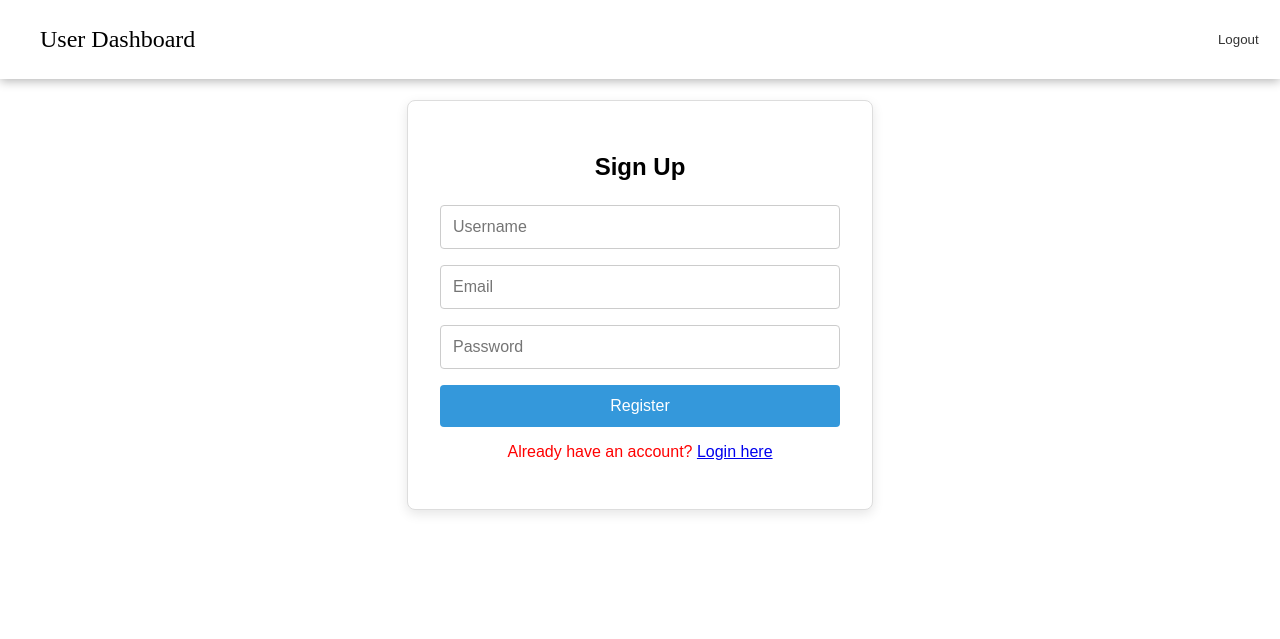
Repository: Edmund-Kiama/todoPHP
Page: / (app in task-manager-frontend/)
The author's editor kept a copy of each file at every save. The page is drawn from the files as they stood at one save, then again after a run of saves.
The browser window is 1280 px wide. The pictures show the whole page.
The project was rebuilt for these pictures with package versions that can differ from the ones it lists, and the page was loaded fresh each time. Also part of the build but not shown: task-manager-frontend/vite.config.js, task-manager-frontend/src/components/Admin/admin.css, task-manager-frontend/src/components/Admin/AdminDashboard.vue, task-manager-frontend/src/components/User/user.css, task-manager-frontend/src/components/User/UserDashboard.vue.

Above is the page before, as saved 2025-07-12 22:44:30.

### task-manager-frontend/src/App.vue
<script setup>
  import Navbar from './components/Navbar/Navbar.vue';
  import { store } from './store';
</script>

<template>
  <Navbar />
  <router-view />
</template>

### task-manager-frontend/src/router/index.js
import { createRouter, createWebHistory } from 'vue-router';
import Login from '../components/Login/Login.vue';
import AdminDashboard from '../components/Admin/AdminDashboard.vue';
import UserDashboard from '../components/User/UserDashboard.vue';
import Signup from '../components/Auth/Signup.vue';

const routes = [
  { path: '/', name: 'Login', component: Login },
  { path: '/', name: 'Login', component: Signup },
  { path: '/admin', name: 'AdminDashboard', component: AdminDashboard },
  { path: '/user', name: 'UserDashboard', component: UserDashboard }
];

const router = createRouter({
  history: createWebHistory(),
  routes
});

export default router;

### task-manager-frontend/src/components/Navbar/Navbar.vue

<template>
  <nav v-if="store.user.loggedIn" class="navbar">
    <ul>
      <li v-if="user.role === 'admin'">Admin Dashboard</li>
      <li v-if="user.role === 'user'">User Dashboard</li>
      <li><button @click="logout">Logout</button></li>
    </ul>
  </nav>
</template>

<script setup>
  import "./nav.css"
  import { store } from '../../store'
  import { useRouter } from 'vue-router'

  const router = useRouter()

  const user = store.user
  if (!user.loggedIn) router.push('/')

  function logout() {
    store.user.role = null
    store.user.loggedIn = false
    localStorage.removeItem('token')
    router.push('/')
  }
</script>

### task-manager-frontend/src/store.js
import { reactive } from 'vue'

export const store = reactive({
  user: {
    role: "user",
    loggedIn: true,
    username: "Nick"
  },
})

### task-manager-frontend/src/components/Auth/Signup.vue
<!-- src/views/Signup.vue -->
<template>
    <div class="login-container">
      <h2>Sign Up</h2>
      <form @submit.prevent="signup">
        <input v-model="name" placeholder="Username" required />
        <input v-model="email" type="email" placeholder="Email" required />
        <input v-model="password" type="password" placeholder="Password" required />
        <button>Register</button>
        <p v-if="error">{{ error }}</p>

        <p class="toggle">
          Already have an account?
          <router-link to="/">Login here</router-link>
        </p>
      </form>
    </div>
  </template>

  <script setup>
  import './login.css';
  import { ref } from 'vue';
  import { useRouter } from 'vue-router';

  const router = useRouter();
  const name = ref('');
  const email = ref('');
  const password = ref('');
  const error = ref('');

  const getStoredUsers = () => {
    const saved = localStorage.getItem('users');
    return saved ? JSON.parse(saved) : [];
  };

  const saveUsers = (users) => {
    localStorage.setItem('users', JSON.stringify(users));
  };

  const signup = () => {
    const users = getStoredUsers();
    const exists = users.find(u => u.email === email.value);

    if (exists) {
      error.value = 'Email already registered';
      return;
    }

    users.push({
      name: name.value,
      email: email.value,
      password: password.value,
      role: 'user'
    });

    saveUsers(users);
    alert('Signup successful!');
    router.push('/');
  };
  </script>

### task-manager-frontend/src/components/Navbar/nav.css
.navbar {
    background-color: white;
    margin: 0;
    padding: 0;
    position: fixed;
    box-shadow: 0 2px 10px rgba(0, 0, 0, 0.3);
    width: 100%;
    top: 0;
    left: 0;
    right: 0;
}
.navbar ul {
    display: flex;
    justify-content: space-between;
    align-items: center;
    gap: 1rem;
    list-style: none;
    font-size: 1.5em;
}
.navbar ul li {
    display: flex;
    align-items: center;
}
.navbar button {
    text-decoration: none;
    background: none;
    border: none;
    padding: 0.5rem;
    border-radius: 5px;
    color: #333;
    transition: all;
    transition-duration: 300ms;
    cursor: pointer;
    margin-right: 1em;
}
.navbar button:hover {
    background-color:  #3498db;
    color: white;
}

### task-manager-frontend/src/components/Login/login.css

.login-container {
    max-width: 400px;
    margin: 100px auto;
    padding: 2rem;
    border: 1px solid #ddd;
    border-radius: 8px;
    background-color: #fff;
    box-shadow: 0 4px 12px rgba(0,0,0,0.1);
    font-family: Arial, sans-serif;
  }

  .login-container h2 {
    text-align: center;
    margin-bottom: 1.5rem;
  }

  .login-container form {
    display: flex;
    flex-direction: column;
  }

  .login-container input {
    padding: 0.75rem;
    margin-bottom: 1rem;
    border: 1px solid #ccc;
    border-radius: 4px;
    font-size: 1rem;
  }

  .login-container button {
    padding: 0.75rem;
    background-color: #3498db;
    color: white;
    font-size: 1rem;
    border: none;
    border-radius: 4px;
    cursor: pointer;
  }

  .login-container button:hover {
    background-color: #2980b9;
  }

  .login-container p {
    color: red;
    text-align: center;
    margin-top: 1rem;
  }

### task-manager-frontend/src/components/Auth/login.css

.login-container {
    max-width: 400px;
    margin: 100px auto;
    padding: 2rem;
    border: 1px solid #ddd;
    border-radius: 8px;
    background-color: #fff;
    box-shadow: 0 4px 12px rgba(0,0,0,0.1);
    font-family: Arial, sans-serif;
  }

  .login-container h2 {
    text-align: center;
    margin-bottom: 1.5rem;
  }

  .login-container form {
    display: flex;
    flex-direction: column;
  }

  .login-container input {
    padding: 0.75rem;
    margin-bottom: 1rem;
    border: 1px solid #ccc;
    border-radius: 4px;
    font-size: 1rem;
  }

  .login-container button {
    padding: 0.75rem;
    background-color: #3498db;
    color: white;
    font-size: 1rem;
    border: none;
    border-radius: 4px;
    cursor: pointer;
  }

  .login-container button:hover {
    background-color: #2980b9;
  }

  .login-container p {
    color: red;
    text-align: center;
    margin-top: 1rem;
  }

### task-manager-frontend/src/components/Login/Login.vue
<script setup>
    import './login.css'
    import { ref } from 'vue';
    import { useRouter } from 'vue-router';

    const email = ref('');
    const name = ref('');
    const password = ref('');
    const error = ref('');
    const router = useRouter();

    const login = () => {
        const users = [
        { email: 'admin@example.com', password: 'admin123', role: 'admin' },
        { email: 'user@example.com', password: 'user123', role: 'user' },
        ];

        const user = users.find(
            (u) => u.email === email.value && u.password === password.value
        );

        if (!user) error.value = "Invalid credentials"
        if (user?.role === 'admin') router.push('/admin');
        if (user?.role === 'user') router.push('/user');
    };
</script>

<template>
    <div class="login-container">
        <h2>Login</h2>
        <form @submit.prevent="login">
            <input v-model="email" placeholder="Email" required />
            <input v-model="name" placeholder="Username" required />
            <input type="password" v-model="password" placeholder="Password" required />
            <button>Login</button>
            <p v-if="error">{{ error }}</p>
            <p>{ email: 'admin@example.com', password: 'admin123', role: 'admin' }</p>
            <p>{ email: 'user@example.com', password: 'user123', role: 'user' }</p>
        </form>
    </div>
</template>

Loaded but not shown: task-manager-frontend/index.html (common file); task-manager-frontend/src/main.js (common file)

After the next 2 saves:
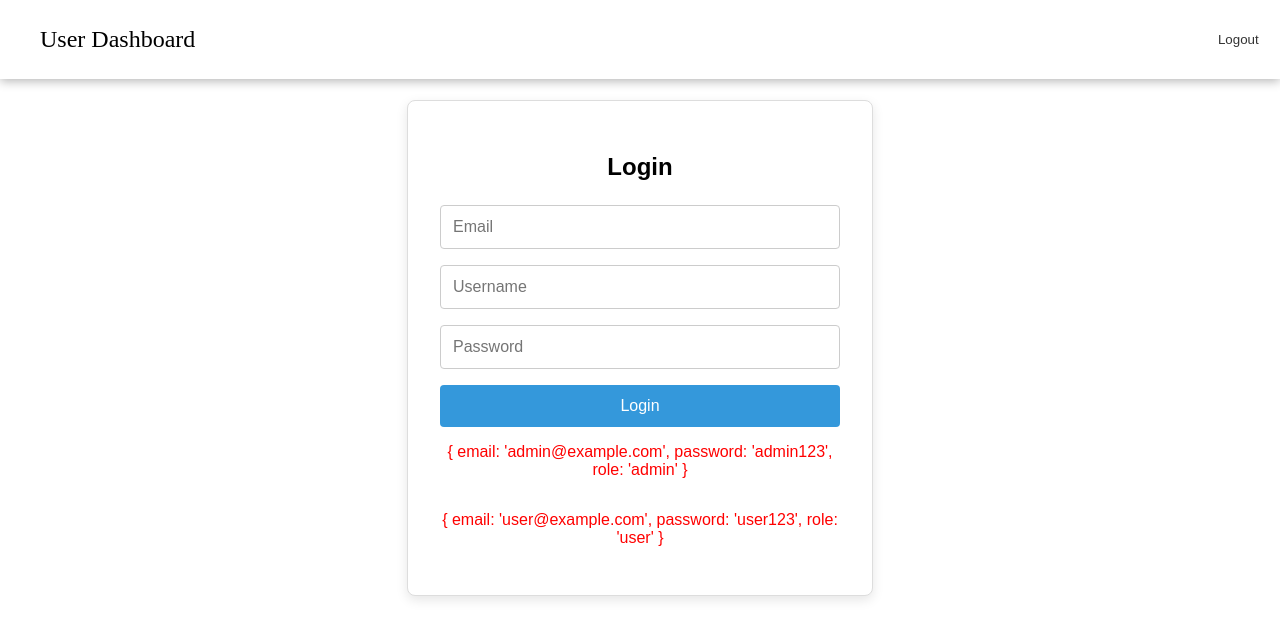
The 2 saves are shown as one change because they came seconds apart.
The last was saved 9 s later.
--- a/task-manager-frontend/src/router/index.js
+++ b/task-manager-frontend/src/router/index.js
@@ -6,7 +6,7 @@ import Signup from '../components/Auth/Signup.vue';
 
 const routes = [
   { path: '/', name: 'Login', component: Login },
-  { path: '/', name: 'Login', component: Signup },
+  { path: '/', name: 'Signup', component: Signup },
   { path: '/admin', name: 'AdminDashboard', component: AdminDashboard },
   { path: '/user', name: 'UserDashboard', component: UserDashboard }
 ];
